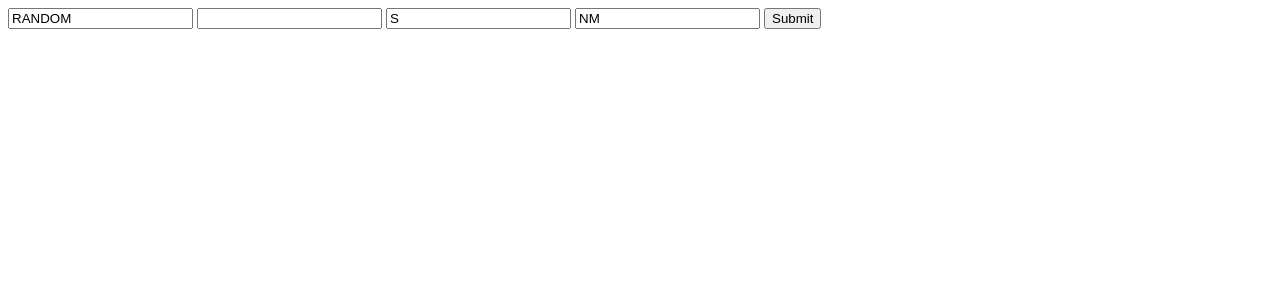
Repository: kchan75/kakaobank
Page: inserver/src/main/resources/static/index.html
These files come from the project's save history. The page is drawn as it stood at one moment and after the next save; the edit follows.
The browser window is 1280 px wide. The pictures show the whole page.

Above is the page before, as saved 2021-03-24 00:23:13.
Console error: TypeError: Cannot set properties of null (setting 'innerHTML')

After the next save:
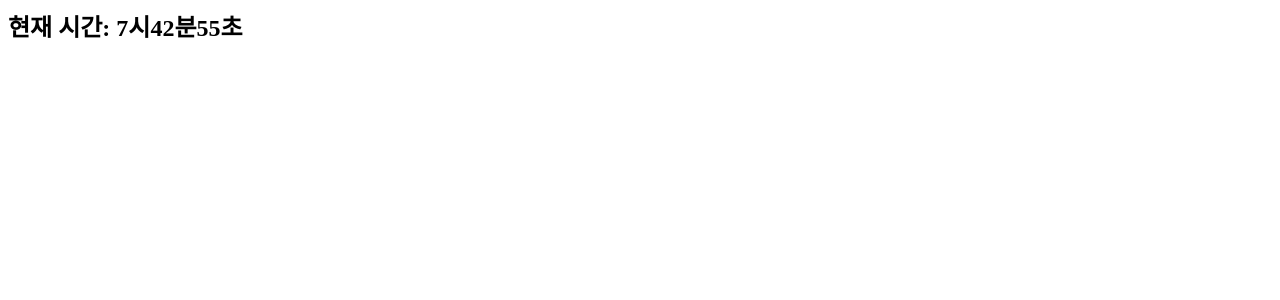
The error is gone.
Saved 14 s later.
--- a/inserver/src/main/resources/static/index.html
+++ b/inserver/src/main/resources/static/index.html
@@ -1,64 +1,15 @@
 <html>
 <head>
-<title>test</title>
-<script language="javascript">
-	 function time(){
-	  var time= new Date(); //시간받기위해서 new date
-	      document.getElementById("formElem.trxDatetim").innerHTML=time.getHours()+":"+time.getMinutes()+":"+time.getSeconds();
-	     setInterval("time()",1000);     //1초 지난후 time()실행
-	}
-</script>
+      <title>현재시간</title>
+      <script language="javascript">
+ function time(){
+  var time= new Date(); //시간받기위해서 new date
+      document.getElementById("now").innerHTML=time.getHours()+"시"+time.getMinutes()+"분"+time.getSeconds()+"초";
+     setInterval("time()",1000);     //1초 지난후 time()실행
+  }
+      </script>
 </head>
-
 <body onload="time()">
-	<form id="formElem">
-		<input type="text" name="guid" value="RANDOM">
-		<input type="text" name="trxDatetim">
-		<input type="text" name="requestType" value="S">
-		<input type="text" name="responseType" value="NM">
-		<input type="submit">
-	</form>
-	<div id="div"></div>
+  <h2> 현재 시간: <span id="now"></span></h2>
 </body>
-
-<script>
-    formElem.onsubmit = async (e) => {
-      e.preventDefault();
-      var form = document.querySelector("#formElem");
-     // var form = document.forms[0];
-
-        data = {
-          "common":
-          {
-        	  firstName : form.querySelector('input[name="firstname"]').value,
-          	  lastName : form.querySelector('input[name="lastname"]').value,
-          	  age : 5
-          },
-	      "biz":
-	      {
-	      	  bizFirst : form.querySelector('input[name="firstname"]').value,
-	      	  bizLast : form.querySelector('input[name="lastname"]').value,
-	          age : 12
-	      }
-        }
-
-
-
-		let ip = form.querySelector('input[name="firstname"]').value
-        let response = await fetch('http://localhost:8080/kchan', {
-                method: 'POST', // or 'PUT'
-                headers: {
-                    'Content-Type': 'application/json',
-                    'Access-Control-Allow-Origin':'*'
-                },
-                body: JSON.stringify(data),
-        })
-
-        //let text = await response.text(); // read response body as text
-        console.log("TEST");
-        console.log(response);
-
-        document.querySelector("#div").innerHTML = response.data;
-    };
-</script>
 </html>
